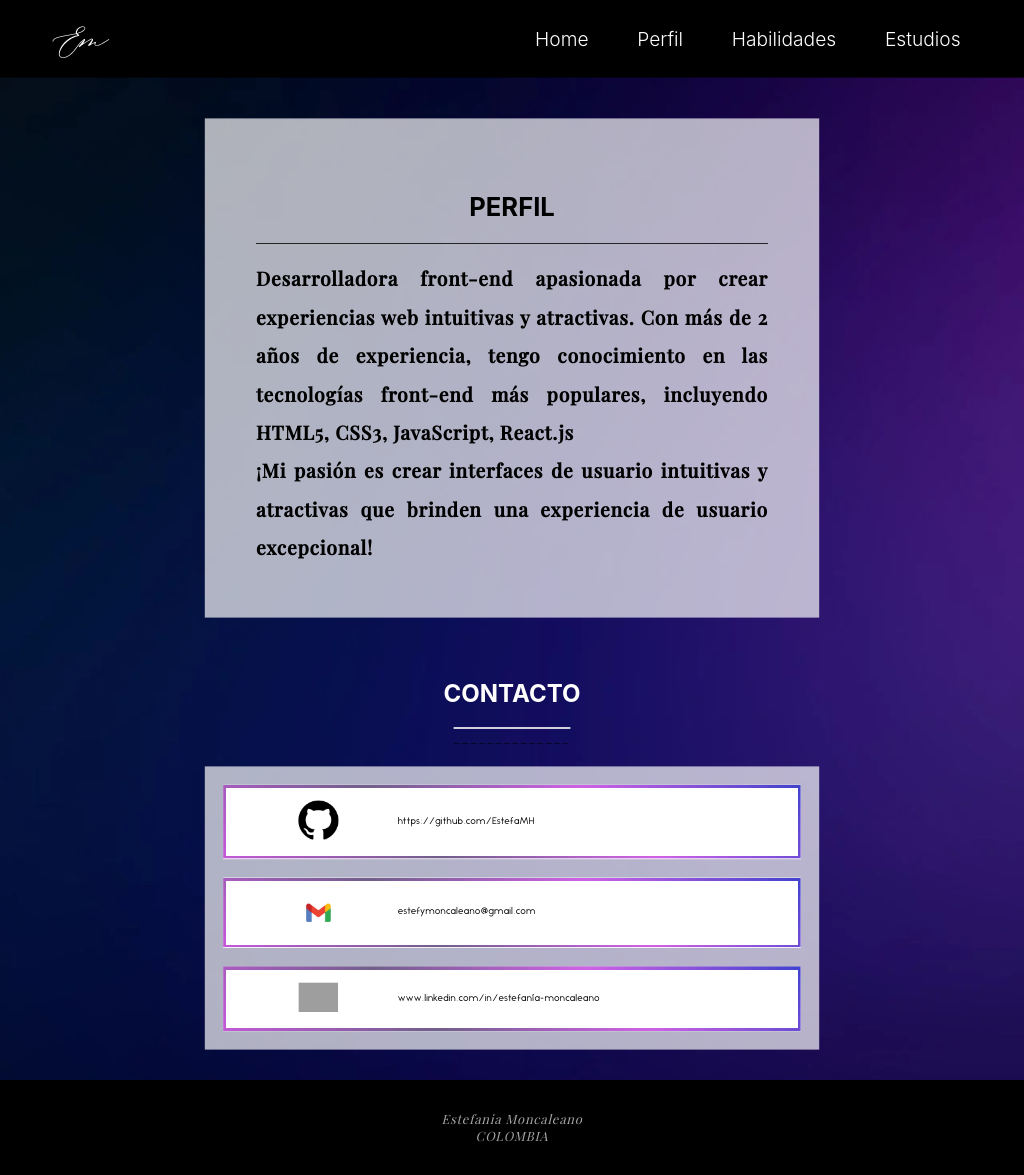
Repository: EstefaMH/PORTAFOLIO
Page: /aboutme
The author's editor kept a copy of each file at every save. The page is drawn from the files as they stood at one save, then again after the next save.
The browser window is 1280 px wide. The pictures show the whole page, at 80% of full size.
Pictures or frames that could not be fetched are drawn as grey boxes. Some web fonts or font styles are not loaded; a fallback is used. The project was rebuilt for these pictures with package versions that can differ from the ones it lists, and the page was loaded fresh each time. Also part of the build but not shown: src/pages/home/Home.js, src/pages/error/Error404.css, src/pages/error/Error404.js, src/pages/jobs/Jobs.js, src/models/Languages.js, src/components/project/project.js, src/pages/skills/Skills.css, src/pages/skills/Skills.js and 2 more.

Above is the page before, as saved 2024-05-23 22:50:05.

### src/index.js
import React from 'react';
import ReactDOM from 'react-dom/client';
import './index.css';
import Home from './pages/home/Home';
import Routes from './routes';



const root = ReactDOM.createRoot(document.getElementById('root'));
root.render(
  <React.StrictMode>
    <Routes />
  </React.StrictMode>
);

// If you want to start measuring performance in your app, pass a function
// to log results (for example: reportWebVitals(console.log))
// or send to an analytics endpoint. Learn more: https://bit.ly/CRA-vitals

### src/routes.js
import React from "react";
import { BrowserRouter, Route, Routes } from "react-router-dom";
import About from "./pages/aboutme/Aboutme";
import Error404 from "./pages/error/Error404";
import Home from "./pages/home/Home";
import Jobs from "./pages/jobs/Jobs";
import Skills from "./pages/skills/Skills";
import Studies from "./pages/studies/Studies";


function routes(){
    return(
        <BrowserRouter>
            <Routes>
                <Route path="/" element={<Home />}></Route>
                <Route path="/aboutme" element={<About />}></Route>
                <Route path="/jobs" element={<Jobs />}></Route>
                <Route path="/skills" element={<Skills />}></Route>
                <Route path="/studies" element={<Studies/>}></Route>
                <Route path="*" element={<Error404/>}></Route>
            </Routes>
        </BrowserRouter>

    );

}

export default routes;

### src/pages/home/Home.css
@import url('https://fonts.googleapis.com/css2?family=Dancing+Script&display=swap');
/*font-family: 'Dancing Script', cursive;*/
@import url('https://fonts.googleapis.com/css2?family=Playfair+Display:ital,wght@0,400;0,500;1,400;1,500&display=swap');
/*font-family: 'Playfair Display', serif;*/

@font-face {
    font-family: "Voga";
    src: url('../../utils/fonts/CDType_Voga-font-demo_031216/CDType\ -\ Voga\ Medium.otf') ;
    font-display: swap;
}

.main-container{
    background-image: url(../../utils/img/purple-blue-wallpaper.webp);
    background-repeat: no-repeat;
    background-size: cover;
    display: flex;
    flex-direction: column;
}


.container-home{
    display: flex;
    flex-direction: column;
    align-items: center;
    justify-content: space-around;
}

.info-home{
    width: 100%;
    justify-content: center;
    align-items: center;
    color: white;
    letter-spacing: 1.5px;
    display: flex;
    flex-direction: column;
    overflow: hidden;
    word-wrap: break-word;
    font-weight: 100;
}



.info-home1{
    font-family: 'Playfair Display ';
    font-size: 1.2em;
    font-style: italic;
    margin: 0 0 1% 0;
    color: rgba(177, 177, 177, 0.834) ;
}

.info-home2{
    font-family: 'Voga';
    font-size: 2em;
    margin: 0 0 5% 0 ;
}

.photo-home{
    height: max-content;
    width: 50%;
}

.photo-home img{
    width: 100%;
    clip-path: circle();
}


.btn {
	line-height: 50px;
	height: 50px;
	text-align: center;
	width: 150px;
	cursor: pointer;
    border: none;
    background-color: rgba(255, 255, 255, 0.267);
    margin-top: 3%;

}

.btn-one {
	color: #FFF;
	transition: all 0.3s;
	position: relative;
}
.btn-one span {
	transition: all 0.3s;
    letter-spacing: 2px;
}

.btn-one:hover{
    background-color: transparent;
}
.btn-one::before {
	content: '';
	position: absolute;
	bottom: 0;
	left: 0;
	width: 100%;
	height: 100%;
	z-index: 1;
	opacity: 0;
	transition: all 0.3s;
	border-top-width: 2px;
	border-bottom-width: 2px;
	border-top-style: solid;
	border-bottom-style: solid;
    background: transparent;
	border-top-color: rgba(255,255,255,0.5);
	border-bottom-color: rgba(255,255,255,0.5);
	transform: scale(0.1, 1);
}
.btn-one:hover span {
	letter-spacing: 3px;
}
.btn-one:hover::before {
	opacity: 1;
	transform: scale(1, 1);

}
.btn-one::after {
	content: '';
	position: absolute;
	bottom: 0;
	left: 0;
	width: 100%;
	height: 100%;
	z-index: 1;
	transition: all 0.3s;
	/*background-color: rgba(255,255,255,0.1);*/
    background: transparent;
}
.btn-one:hover::after {
	opacity: 0;
	transform: scale(0.1, 1);
    background: transparent;
}

@media screen and (min-width : 700px){

    .container-home{
        flex-direction: row;
        align-items: center;
        justify-content: space-evenly;
        margin: 2% 0 2% 0;
    }

    .info-home{
        width: 60%;
        align-items: flex-start;
        padding-left: 4% ;
    }

    .info-home1{
        font-size: 1.5em;
    }

    .info-home2{
        font-family: 'Voga';
        font-style: normal;
        font-size: 4em;
    }


    .photo-home{
        width: 40%;
        display: flex;
        justify-content: center;
    }

    .photo-home img{
       width: 80%;
    }

    .btn {
        line-height: 50px;
        height: 50px;
        text-align: center;
        width: 250px;
        cursor: pointer;
        border: none;
        background-color: rgba(104, 104, 104, 0.837);
        margin-top: 3%;

    }




}

### src/components/navbar/Navbar.js
import { Link } from "react-router-dom";
import "./Navbar.css";
import menu from "../../utils/img/bx-menu.svg";

function Navbar() {
  return (
    <nav className="navbar container-name">
      <div>
        <Link to="/" className="logo">
          <h1 className="name">Em</h1>
        </Link>
      </div>

      <input type="checkbox" id="toggler"></input>
      <label for="toggler">
        <img alt="hamburguer-menu" src={menu} />
      </label>

      <div className=" menu container-navbar">
        <ul className="list">
          <li>
            <Link to="/" className="item">
              Home
            </Link>
          </li>
          <li>
            <Link to="/aboutme" className="item">
              Perfil
            </Link>
          </li>
          <li>
            <Link to="/skills" className="item">
              Habilidades
            </Link>
          </li>
          <li>
            <Link to="/studies" className="item">
              Estudios
            </Link>
          </li>
        </ul>
      </div>
    </nav>
  );
}

export default Navbar;

### src/components/footer/Footer.js
import './Footer.css'


function Footer(){
    return(
        <footer>
            <p> Estefania Moncaleano </p>
            <p> COLOMBIA </p>
        </footer>
    );
}

export default Footer;

### src/pages/aboutme/Aboutme.js
import './Aboutme.css'
import Navbar from "../../components/navbar/Navbar";
import Footer from '../../components/footer/Footer';

import github from "../../utils/img/github-icon.png";
import gmail from "../../utils/img/gmail-logo.png";
import linkedin from "../../utils/img/ln-icon.png"


function About() {
    return (
        <div className='main-container-about'>
            <Navbar />
            <section className="container-about">

                <div className='info-about'>

                    <h1 >PERFIL</h1>
                    <p className='line'></p>
                    <p>
                        Desarrolladora front-end apasionada por crear experiencias web intuitivas y atractivas.
                        Con más de 2 años de experiencia, tengo conocimiento en las tecnologías front-end más populares, incluyendo HTML5, CSS3, JavaScript, React.js
                         <br/>¡Mi pasión es crear interfaces de usuario intuitivas y atractivas que brinden una experiencia de usuario excepcional!
                    </p>
                </div>
            </section>

            <section className='container-contact'>
                <h2>CONTACTO</h2>
                <p className='lc'>______________</p>


                <article className='container-contact-icons'>


                    <div className='contact-icons'>
                        <a target={'_blank'} href='https://github.com/EstefaMH'>
                            <img className='contact-icon' src={github} />
                        </a>
                        <p>https://github.com/EstefaMH</p>
                    </div>

                    <div className='contact-icons'>
                        <img className='contact-icon' src={gmail} />
                        <p>estefymoncaleano@gmail.com</p>
                    </div>

                    <div className='contact-icons'>
                        <a target={'_blank'} href='www.linkedin.com/in/estefanía-moncaleano-828570238'>
                            <img className='contact-icon' src={linkedin} />
                        </a>
                        <p>www.linkedin.com/in/estefanía-moncaleano</p>
                    </div>
                </article>
            </section>




            <Footer />

        </div>
    );
}

export default About;

### src/components/navbar/Navbar.css
@font-face {
    font-family: "lettering";
    src: url('../../utils/fonts/Biancha-X3VOa.otf') ;
    font-display: swap;
}

.navbar {
    display: flex;
    justify-content: space-around;
}

.list {
    list-style: none;
    display: flex;
    gap: 20px;
}
#toggler , nav, label {
    display: none;
}


nav:hover{
    background-color: black;
    font-weight: 500;
}

.container-name{
    justify-content: space-between;
    display: flex;
    flex-direction: row;
    align-items: center;
    padding: 3%;
}

.name{
    font-family: 'lettering';
    font-size: 3rem;
    color: white;
    font-weight: 200;
}

.item{
    text-decoration: none;
    color:white;
    font-weight: 300;
}

.item:hover{
    color: pink;
    font-weight: 600;
}

.container-navbar{
    width: 60%;
    display: flex;
    align-items: center;
    justify-content: end;
}

.logo{
    float: left;
    text-decoration: none;
    margin-left: 40%;
}

@media screen and (max-width: 700px) {
    .menu {
        width: 100%;
        max-height: 0;
        overflow: hidden;
    }

    .list {
        flex-direction: column;
        align-items: center;
    }

    .navbar label {
        display: inline-flex;
        align-items: center;
        cursor: pointer;
    }

    #toggler:checked ~ .menu {
        max-height: 100%;
    }

    .container-navbar{
        flex-direction: column;
    }

    .navbar {

        flex-wrap: wrap;
    }
}

@media screen and (min-width: 700px) {
    .navbar {
       height: 20px;
       background-color: rgba(137, 137, 137, 0.15);
       display: flex;
    }

    .list{
        flex-basis: 85%;
        display: flex;
        justify-content: space-evenly;
    }

    .list li{
        font-size: 1.5rem;
    }
}

### src/components/footer/Footer.css
@import url('https://fonts.googleapis.com/css2?family=Playfair+Display:ital,wght@0,400;0,500;1,400;1,500&display=swap');
/*font-family: 'Playfair Display', serif;*/

footer{
    background-color: black ;
    color: rgba(220, 218, 218, 0.757);
    padding: 3%;
    text-align: center;
}

p{
    margin: 0;
    font-family: 'Playfair Display';
    font-style: italic;
    font-weight:100 ;
    letter-spacing: 1.0px;
}

### src/pages/aboutme/Aboutme.css
@font-face {
    font-family: "alcubierre";
    src: url('../../utils/fonts/Alcubierre\ 400.otf') ;
}


h1{
    font-size: 2rem;
}

.main-container-about{
    background-image: url(../../utils/img/purple-blue-wallpaper.webp);

}


.container-about{
        background-repeat: no-repeat;
        display: flex;
        justify-content: center;

}

.info-about{
    margin: 4%;
    background-color: rgba(245, 245, 249, 0.712);
    height: 100%;
    width: 50%;
    padding: 5%;
    text-align: center;
}

.info-about p{
    text-align: justify;
    line-height: 2;
    font-family: ;
    font-style: normal;
    font-size: 1em;
    font-weight: 500;

}

h2{
    color: white;
    font-size: 30px;
}

.lc{
    border-top: 2px solid white;
    margin-bottom: 2%;
}

.container-contact{

    display: flex;
    align-items: center;
    flex-direction: column;

}

.container-contact-icons{
    background-color:  rgba(245, 245, 249, 0.712);
    flex-direction: column;
    width: 100%;
}


.contact-icon{
    width: 50px;
}

.contact-icons{
    display: flex;
    flex-direction: column;
    align-items: center;
    margin: 3%;
    padding: 2%;
    background-color: white;
    border: 4px solid;
    border-image: linear-gradient(45deg,#ad22c9bf,#473068c5,rgba(187, 31, 218, 0.7),rgba(20, 20, 194, 0.805)) 1;
    animation: rotate 2.5s ease-in infinite;
}


@keyframes rotate {
    50%{
        border-image: linear-gradient(45deg,#ad22c9bf,#473068c5,rgba(187, 31, 218, 0.7),rgba(20, 20, 194, 0.805)) 1;

    }
}

.contact-icons:hover{
    transform: scale(1.1 , 1.1);

}

.contact-icons p {
    font-size: 0.7rem;
}

.line{
    border-top: 1.5px solid black;
    margin-bottom: 3%;
    color: transparent;
}


@media screen and (min-width:700px) {
    .info-about p{
        font-size: 1.5em;
        font-weight: 600;
    }

    .container-contact-icons{
        width: 60%;
        margin-bottom: 3%;
    }

    .contact-icons{
        flex-direction: row;
        justify-content: space-evenly;
    }


    .contact-icons p{
        width: 60%;
        font-family: 'alcubierre';
        font-style: normal;
        font-weight: 600;
    }

}

Loaded but not shown: public/index.html (common file); src/index.css (common file); src/pages/jobs/Jobs.css (no stored copy; drawn as an empty file)

After the next save:
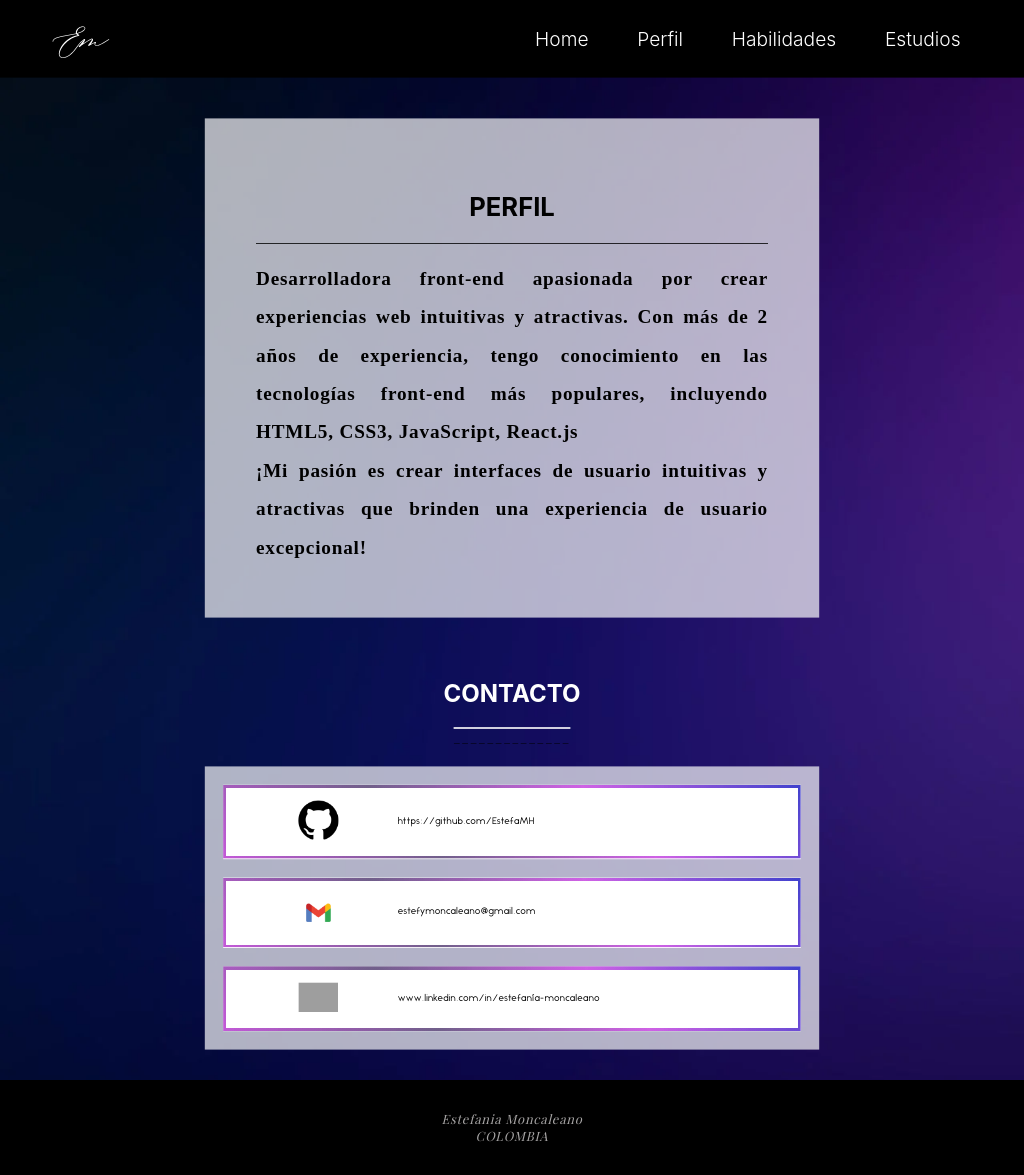
Saved 10 s later.
--- a/src/pages/aboutme/Aboutme.css
+++ b/src/pages/aboutme/Aboutme.css
@@ -33,7 +33,7 @@
 .info-about p{
     text-align: justify;
     line-height: 2;
-    font-family: ;
+    font-family: fantasy;
     font-style: normal;
     font-size: 1em;
     font-weight: 500;

After the 3 saves that followed:
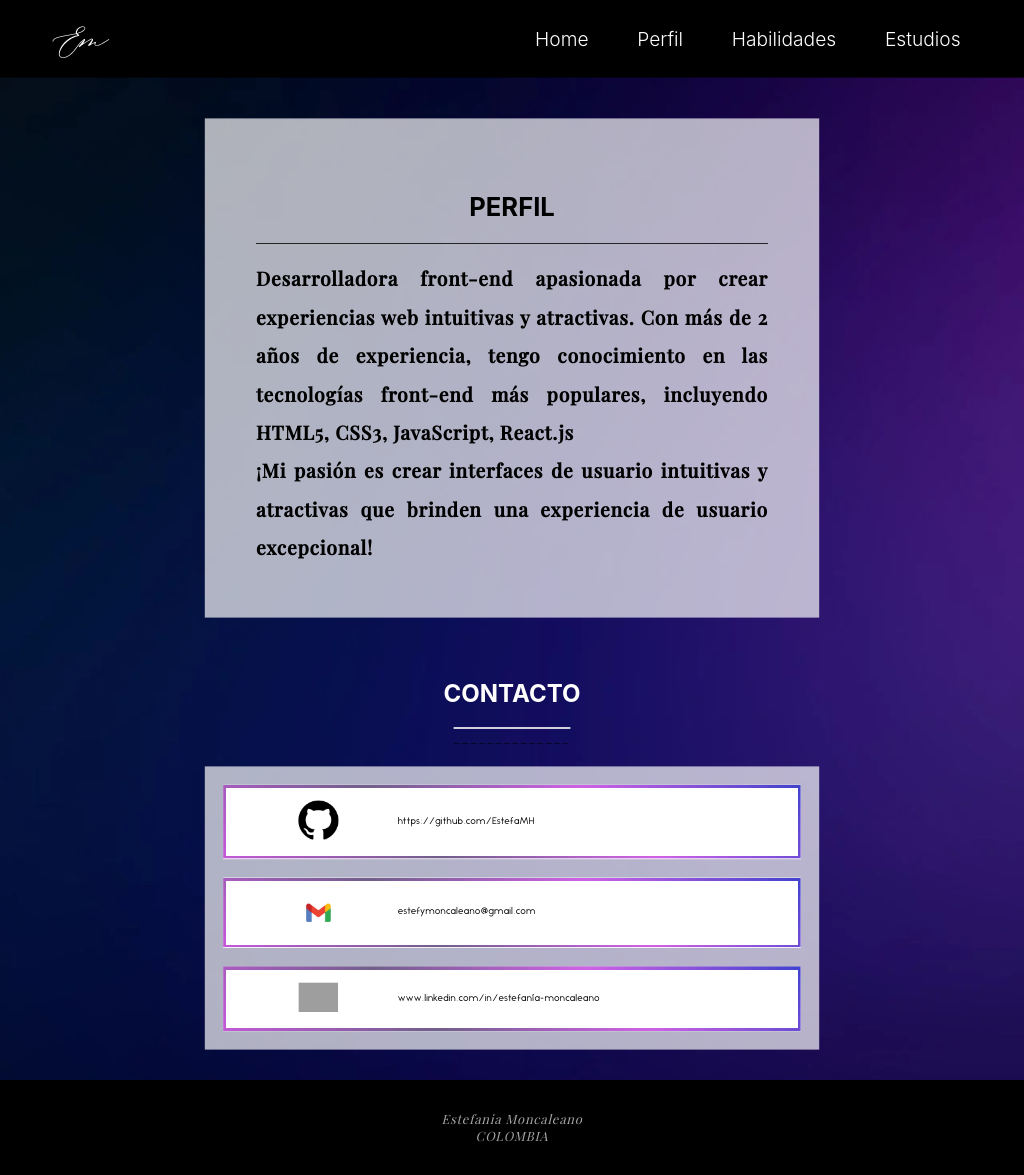
The 3 saves are shown as one change because they came seconds apart.
The last was saved 10 s later.
--- a/src/pages/aboutme/Aboutme.css
+++ b/src/pages/aboutme/Aboutme.css
@@ -33,7 +33,7 @@
 .info-about p{
     text-align: justify;
     line-height: 2;
-    font-family: fantasy;
+    font-family: ;
     font-style: normal;
     font-size: 1em;
     font-weight: 500;
